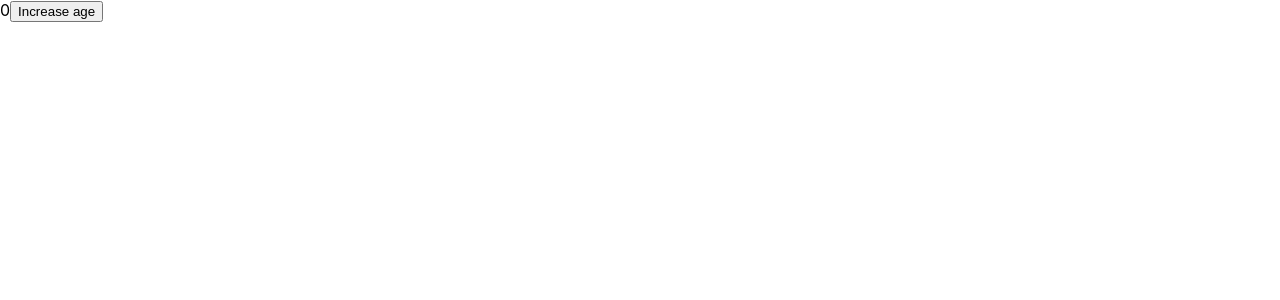
Repository: iamjayenmthakuri/todolist
Page: /
The author's editor kept a copy of each file at every save. The page is drawn from the files as they stood at one save, then again after the next save.
The browser window is 1280 px wide. The pictures show the whole page.
The project was rebuilt for these pictures with package versions that can differ from the ones it lists, and the page was loaded fresh each time.

Above is the page before, as saved 2022-09-18 23:08:27.

### src/App.js
import React,{useState} from 'react';

function App() {
  const [age,setAge] =useState(0);


  const increaseAge =()=>{
    setAge(age+1);

  }
  return (
  <>
    {age}
    <button onClick={increaseAge}>Increase age</button>
    </>
  );
}

export default App;

Loaded but not shown: public/index.html (common file); src/index.js (common file); src/index.css (common file); src/reportWebVitals.js (common file)

After the next save:
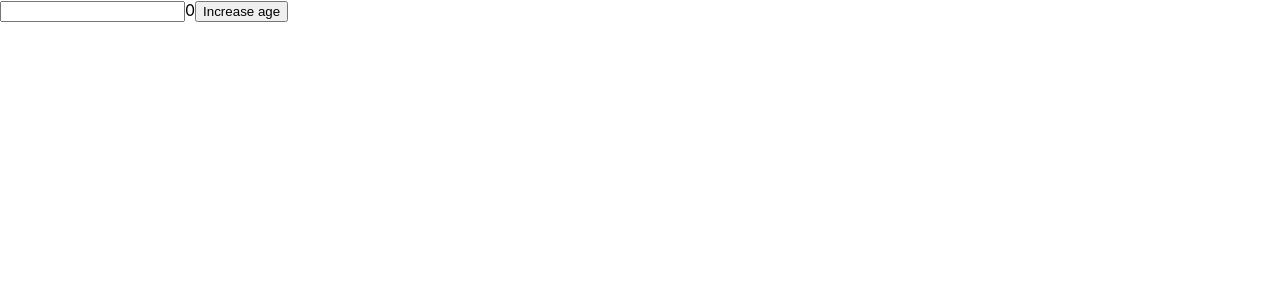
Saved 56 s later.
--- a/src/App.js
+++ b/src/App.js
@@ -10,6 +10,7 @@ function App() {
   }
   return (
   <>
+  <input type="text" />
     {age}
     <button onClick={increaseAge}>Increase age</button>
     </>
